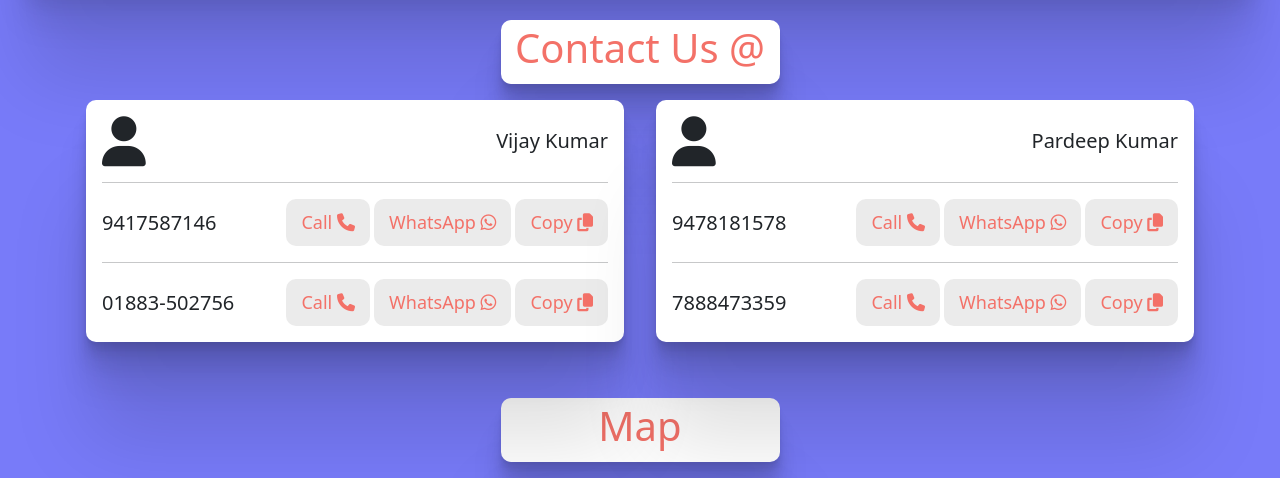
Repository: abhi-sharma27/courier
Page: index.html
The author's editor kept a copy of each file at every save. The page is drawn from the files as they stood at one save, then again after the next save.
The browser window is 1280 px wide. The pictures show the part of the page from y = 495 to 973 px (the page is 1629 px tall before and 2035 px after).
Pictures or frames that could not be fetched are drawn as grey boxes. A picture or video elsewhere on the page could not be fetched, so the positions and the page height are approximate. Some web libraries are served in a nearby version.

Above is the page before, as saved 2021-03-20 22:52:16.

### index.html
<!DOCTYPE html>
<html>

<head>
  <title>Courier Service Mukerian</title>
  <link href="https://cdn.jsdelivr.net/npm/bootstrap@5.0.0-beta2/dist/css/bootstrap.min.css" rel="stylesheet"
    integrity="sha384-BmbxuPwQa2lc/FVzBcNJ7UAyJxM6wuqIj61tLrc4wSX0szH/Ev+nYRRuWlolflfl" crossorigin="anonymous">
  <script src="https://kit.fontawesome.com/27e27fd9bd.js" crossorigin="anonymous"></script>

  <link href='style.css' rel="stylesheet">
</head>

<body>
  <div class="m-3 shadow-1 br-10 z light-bg">
    <!-- header -->
    <nav class="d-flex justify-content-between align-items-center">
      <div class="m-3">Logo 1</div>
      <div class="d-flex justify-content-between align-items-center">
        <p class="m-3 cp inactive-nav">Contact</p>
        <p class="m-3 cp inactive-nav active-nav">Home</p>
        <p class="m-3 cp inactive-nav">Map</p>
      </div>
      <div class="m-3">Logo 2</div>
    </nav>

  </div>
  <!-- banner -->
  <section class="m-3 shadow-1 br-10 z light-bg">
    <div class="row">
      <div class="container d-flex justify-content-between align-items-center">
        <div class="banner-heading">
          <h1 class="f70">DTDC Courier <br /> <span class="services-heading">Services Mukerian</span></h1>

          <p class="f20">
            Opp. Bus Stand, (Pathankot Route Side) Backside Raju Sweet Shop Street Adv. Narinder Sharma (Income Tax) Mukerian 144211
          </p>
          <button class="call-us-btn">Call us @01883-502756 <i class="fas fa-phone"></i></button>
        </div>
        <div>
          <img class="banner-img" src='./assets/images/dtdc.webp' />
        </div>
      </div>
    </div>
  </section>

  <!-- contact cards -->
  <section class="container mx-30">
    <div class="shadow-1 br-10 z light-bg contact text-center p-1">
      <h1 class="services-heading">Contact Us @</h1>
    </div>
    <div class="row">
      <div class="col m-3 shadow-1 br-10 z light-bg p-3">
        <div class="d-flex align-items-center justify-content-between">
          <i class="fas fa-user contact-usr"></i>
          <div>
            <p class="mb-0 f20">Vijay Kumar</p>
          </div>
        </div>
        <hr />
        <div class="d-flex align-items-center justify-content-between">
          <p class="mb-0 f20">9417587146</p>
          <div>
            <button class="call-us-btn contact-btn">Call <i class="fas fa-phone"></i></button>
            <button class="call-us-btn contact-btn">WhatsApp <i class="fab fa-whatsapp"></i></button>
            <button class="call-us-btn contact-btn">Copy <i class="fas fa-copy"></i></button>
          </div>
        </div>
        <hr />
        <div class="d-flex align-items-center justify-content-between">
          <p class="mb-0 f20">01883-502756</p>
          <div>
            <button class="call-us-btn contact-btn">Call <i class="fas fa-phone"></i></button>
            <button class="call-us-btn contact-btn">WhatsApp <i class="fab fa-whatsapp"></i></button>
            <button class="call-us-btn contact-btn">Copy <i class="fas fa-copy"></i></button>
          </div>
        </div>
        <!-- <p>01883-502756</p> -->
      </div>
      <div class="col m-3 shadow-1 br-10 z light-bg p-3">
        <div class="d-flex align-items-center justify-content-between">
          <i class="fas fa-user contact-usr"></i>
          <div>
            <p class="mb-0 f20">Pardeep Kumar</p>
          </div>
        </div>
        <hr />
        <div class="d-flex align-items-center justify-content-between">
          <p class="mb-0 f20">9478181578</p>
          <div>
            <button class="call-us-btn contact-btn">Call <i class="fas fa-phone"></i></button>
            <button class="call-us-btn contact-btn">WhatsApp <i class="fab fa-whatsapp"></i></button>
            <button class="call-us-btn contact-btn">Copy <i class="fas fa-copy"></i></button>
          </div>
        </div>
        <hr />
        <div class="d-flex align-items-center justify-content-between">
          <p class="mb-0 f20">7888473359</p>
          <div>
            <button class="call-us-btn contact-btn">Call <i class="fas fa-phone"></i></button>
            <button class="call-us-btn contact-btn">WhatsApp <i class="fab fa-whatsapp"></i></button>
            <button class="call-us-btn contact-btn">Copy <i class="fas fa-copy"></i></button>
          </div>
        </div>
        <!-- <p>01883-502756</p> -->
      </div>

    </div>
  </section>

  <!-- map -->
  <section class="container mx-30">
    <div class="shadow-1 br-10 z light-bg contact text-center p-1 mb-3">
      <h1 class="services-heading">Map</h1>
    </div>
    <div class="shadow-1 br-10 z light-bg overflow-hidden">
      <iframe src="https://www.google.com/maps/embed?pb=!1m23!1m12!1m3!1d108332.69170512451!2d75.54844228621926!3d31.95013527781443!2m3!1f0!2f0!3f0!3m2!1i1024!2i768!4f13.1!4m8!3e6!4m0!4m5!1s0x391b992952aa2489%3A0xc25a749a29d1455a!2sdtdc%20mukerian!3m2!1d31.9501545!2d75.6174525!5e0!3m2!1sen!2sin!4v1616260292425!5m2!1sen!2sin" height="600" width='100%' style="border:0;" allowfullscreen="" loading="lazy"></iframe>
    </div>

  </section>

</body>

</html>

### style.css
body {
  background-color: #787bf9;
  padding: 10px;
}

.shadow-1 {
  box-shadow:
  0 2.8px 2.2px rgba(0, 0, 0, 0.034),
  0 6.7px 5.3px rgba(0, 0, 0, 0.048),
  0 12.5px 10px rgba(0, 0, 0, 0.06),
  0 22.3px 17.9px rgba(0, 0, 0, 0.072),
  0 41.8px 33.4px rgba(0, 0, 0, 0.086),
  0 100px 80px rgba(0, 0, 0, 0.12);
}

.br-10 {
  border-radius: 10px;
}
.z {
  z-index: 2;
}

.mx-30 {
  margin-top: 40px !important;
  margin-bottom: 40px !important;
}

.light-bg {
  background-color: white;
}

.cp {
  cursor: pointer;
}

.f70 {
  font-size: 70px;
}
.f20 {
  font-size: 20px;
}
.active-nav {
  background-color: #ebebeb;
  padding: 10px;
  border-radius: 10px;
}
/* .inactive-nav:hover {
  background-color: #ebebeb;
  padding: 10px;
  border-radius: 10px;
} */

.banner-heading {
  font-size: 70px;
  color: #333547;
  margin-left: 100px;
}
.services-heading {
  color: #f37168;
}
.banner-img {
  max-width: 700px;
}
.call-us-btn {
  background-color: #ebebeb;
  color: #f37168;
  padding: 10px 15px;
  font-size: 30px;
  border-radius: 10px;
  cursor: pointer;
  text-transform: capitalize;
  border: none;

  transition: background-color 200ms ease-in-out;
}
.call-us-btn:hover {
  background-color: #333547;
}


.contact {
  width: 25%;
  margin: auto;
}
.contact-btn {
  font-size: 18px;
}
.contact-usr {
  font-size: 50px;
}

After the next save:
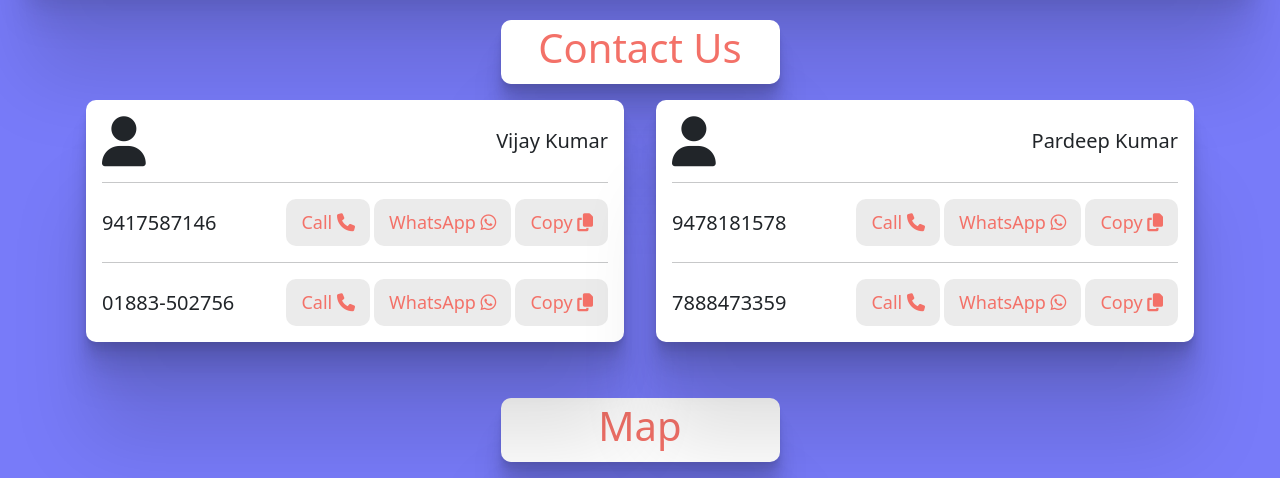
Saved 7 min 12 s later.
--- a/index.html
+++ b/index.html
@@ -46,7 +46,7 @@
   <!-- contact cards -->
   <section class="container mx-30">
     <div class="shadow-1 br-10 z light-bg contact text-center p-1">
-      <h1 class="services-heading">Contact Us @</h1>
+      <h1 class="services-heading">Contact Us</h1>
     </div>
     <div class="row">
       <div class="col m-3 shadow-1 br-10 z light-bg p-3">
@@ -74,7 +74,6 @@
             <button class="call-us-btn contact-btn">Copy <i class="fas fa-copy"></i></button>
           </div>
         </div>
-        <!-- <p>01883-502756</p> -->
       </div>
       <div class="col m-3 shadow-1 br-10 z light-bg p-3">
         <div class="d-flex align-items-center justify-content-between">
@@ -101,7 +100,6 @@
             <button class="call-us-btn contact-btn">Copy <i class="fas fa-copy"></i></button>
           </div>
         </div>
-        <!-- <p>01883-502756</p> -->
       </div>
 
     </div>
@@ -118,6 +116,42 @@
 
   </section>
 
+  <!-- service cards -->
+  <section class="container mx-30">
+    <div class="shadow-1 br-10 z light-bg contact text-center p-1">
+      <h1 class="services-heading">Services Available</h1>
+    </div>
+    <div class="row">
+      <div class="col m-3 shadow-1 br-10 z light-bg p-3">
+        <div class="d-flex align-items-center justify-content-between">
+          <i class="fas fa-dolly-flatbed"></i>
+          <div>
+            <p class="mb-0 f20">Courier</p>
+          </div>
+        </div>
+        <hr />
+        <div class="d-flex align-items-center justify-content-between">
+          <p class="mb-0 f20">9417587146</p>
+          <div>
+            <button class="call-us-btn contact-btn">Call <i class="fas fa-phone"></i></button>
+            <button class="call-us-btn contact-btn">WhatsApp <i class="fab fa-whatsapp"></i></button>
+            <button class="call-us-btn contact-btn">Copy <i class="fas fa-copy"></i></button>
+          </div>
+        </div>
+        <hr />
+        <div class="d-flex align-items-center justify-content-between">
+          <p class="mb-0 f20">01883-502756</p>
+          <div>
+            <button class="call-us-btn contact-btn">Call <i class="fas fa-phone"></i></button>
+            <button class="call-us-btn contact-btn">WhatsApp <i class="fab fa-whatsapp"></i></button>
+            <button class="call-us-btn contact-btn">Copy <i class="fas fa-copy"></i></button>
+          </div>
+        </div>
+      </div>
+
+
+    </div>
+  </section>
 </body>
 
 </html>
